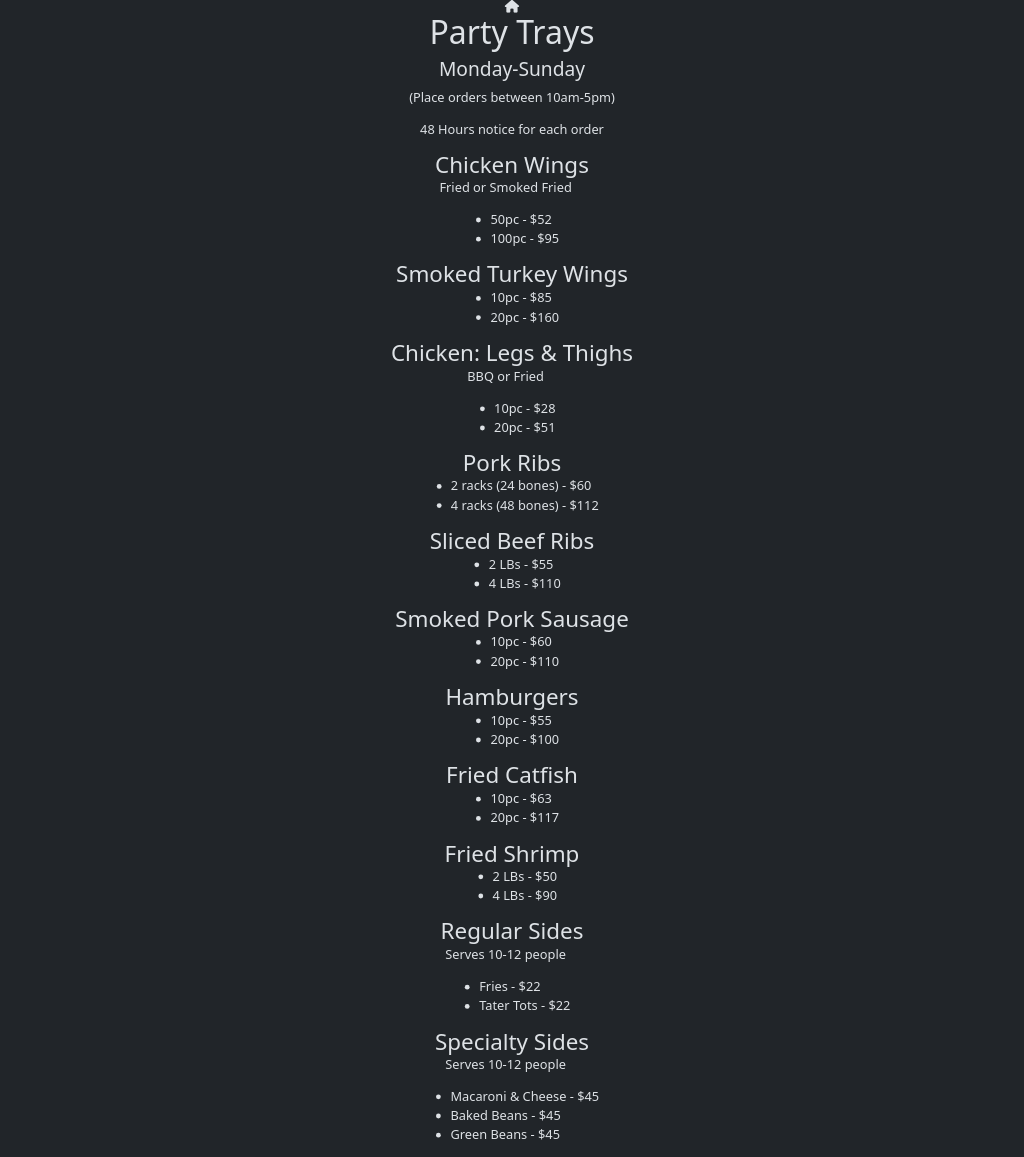
Repository: dukedward/smokehousemenu
Page: trays/index.html
These files come from the project's save history. The page is drawn as it stood at one moment and after the next save; the edit follows.
The browser window is 1280 px wide. The pictures show the whole page, at 80% of full size.
Some web libraries are served in a nearby version.

Above is the page before, as saved 2023-03-01 09:22:59.

### trays/index.html
<!DOCTYPE html>
<html lang="en" data-bs-theme="dark">
<head>
    <meta charset="UTF-8">
    <meta http-equiv="X-UA-Compatible" content="IE=edge">
    <meta name="viewport" content="width=device-width, initial-scale=1.0">
    <link rel="stylesheet" href="https://cdnjs.cloudflare.com/ajax/libs/font-awesome/6.3.0/css/all.min.css" integrity="sha512-SzlrxWUlpfuzQ+pcUCosxcglQRNAq/DZjVsC0lE40xsADsfeQoEypE+enwcOiGjk/bSuGGKHEyjSoQ1zVisanQ==" crossorigin="anonymous" referrerpolicy="no-referrer" />
    <link href="https://cdn.jsdelivr.net/npm/bootstrap@5.3.0-alpha1/dist/css/bootstrap.min.css" rel="stylesheet" integrity="sha384-GLhlTQ8iRABdZLl6O3oVMWSktQOp6b7In1Zl3/Jr59b6EGGoI1aFkw7cmDA6j6gD" crossorigin="anonymous">
    <link rel="stylesheet" href="../style.css" />
    <title>Party Trays</title>
</head>
<body>
    <div class="title">
        <i class="fa-solid fa-house"></i>
        <h1>Party Trays</h1>
        <h4>Monday-Sunday</h4>
        <p>(Place orders between 10am-5pm)</p>
        <p>48 Hours notice for each order</p>
    </div>
    <div class="sections">
        <div class="sect">
            <h3>Chicken Wings</h3>
            <div class="desc">
                <p>Fried or Smoked Fried</p>
            </div>
            <ul>
                <li>50pc - $52</li>
                <li>100pc - $95</li>
            </ul>
        </div>
        <div class="sect">
            <h3>Smoked Turkey Wings</h3>
            <ul>
                <li>10pc - $85</li>
                <li>20pc - $160</li>
            </ul>
        </div>
        <div class="sect">
            <h3>Chicken: Legs & Thighs</h3>
            <div class="desc">
                <p>BBQ or Fried</p>
            </div>
            <ul>
                <li>10pc - $28</li>
                <li>20pc - $51</li>
            </ul>
        </div>
        <div class="sect">
            <h3>Pork Ribs</h3>
            <ul>
                <li>2 racks (24 bones) - $60</li>
                <li>4 racks (48 bones) - $112</li>
            </ul>
        </div>
        <div class="sect">
            <h3>Sliced Beef Ribs</h3>
            <ul>
                <li>2 LBs - $55</li>
                <li>4 LBs - $110</li>
            </ul>
        </div>
        <div class="sect">
            <h3>Smoked Pork Sausage</h3>
            <ul>
                <li>10pc - $60</li>
                <li>20pc - $110</li>
            </ul>
        </div>
        <div class="sect">
            <h3>Hamburgers</h3>
            <ul>
                <li>10pc - $55</li>
                <li>20pc - $100</li>
            </ul>
        </div>
        <div class="sect">
            <h3>Fried Catfish</h3>
            <ul>
                <li>10pc - $63</li>
                <li>20pc - $117</li>
            </ul>
        </div>
        <div class="sect">
            <h3>Fried Shrimp</h3>
            <ul>
                <li>2 LBs - $50</li>
                <li>4 LBs - $90</li>
            </ul>
        </div>
        <div class="sect">
            <h3>Regular Sides</h3>
            <div class="desc">
                <p>Serves 10-12 people</p>
            </div>
            <ul>
                <li>Fries - $22</li>
                <li>Tater Tots - $22</li>
            </ul>
        </div>
        <div class="sect">
            <h3>Specialty Sides</h3>
            <div class="desc">
                <p>Serves 10-12 people</p>
            </div>
            <ul>
                <li>Macaroni & Cheese - $45</li>
                <li>Baked Beans - $45</li>
                <li>Green Beans - $45</li>
            </ul>
        </div>
    </div>
    <script src="https://cdn.jsdelivr.net/npm/bootstrap@5.3.0-alpha1/dist/js/bootstrap.bundle.min.js" integrity="sha384-w76AqPfDkMBDXo30jS1Sgez6pr3x5MlQ1ZAGC+nuZB+EYdgRZgiwxhTBTkF7CXvN" crossorigin="anonymous"></script>
</body>
</html>

### style.css
/* * {
	margin: 0;
	padding: 0;
} */

/* body {
    background-color: #212529;
}




.title h1,h2,p {
    margin-bottom: 0;
}


dt {
    font-size: medium;
    font-weight: bold;
}

dd {
    margin-bottom: 1rem;
}

h1,h2,h3,ul,li,p {
    color: #fff;
} */

.container {
    height: 100vh;
}

.title {
	display: flex;
	flex-direction: column;
	justify-content: center;
	align-items: center;
}

.sections {
	display: grid;
}

.sect, .sub-sect {
	display: flex;
	flex-direction: column;
	justify-content: left;
	align-items: center;
}

.sect h2,h3 {
    margin-bottom: 0;
}

.desc {
    display: flex;
    flex-direction: row;
    justify-content: space-between;
}

.desc p {
    padding-right: 1rem;
}

After the next save:
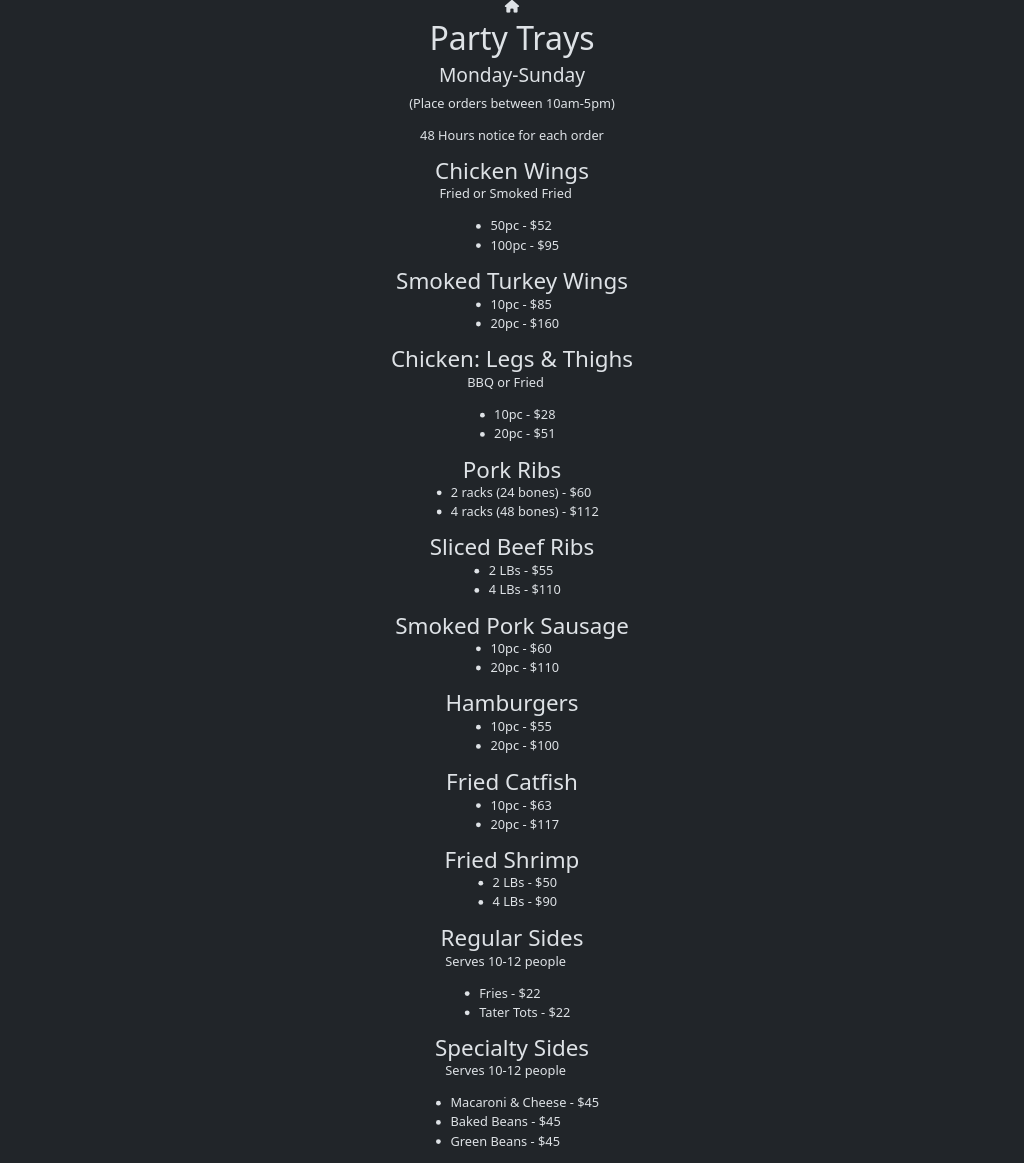
Saved 30 s later.
--- a/trays/index.html
+++ b/trays/index.html
@@ -11,7 +11,7 @@
 </head>
 <body>
     <div class="title">
-        <i class="fa-solid fa-house"></i>
+        <i class="fa-solid fa-house mb-2"></i>
         <h1>Party Trays</h1>
         <h4>Monday-Sunday</h4>
         <p>(Place orders between 10am-5pm)</p>
